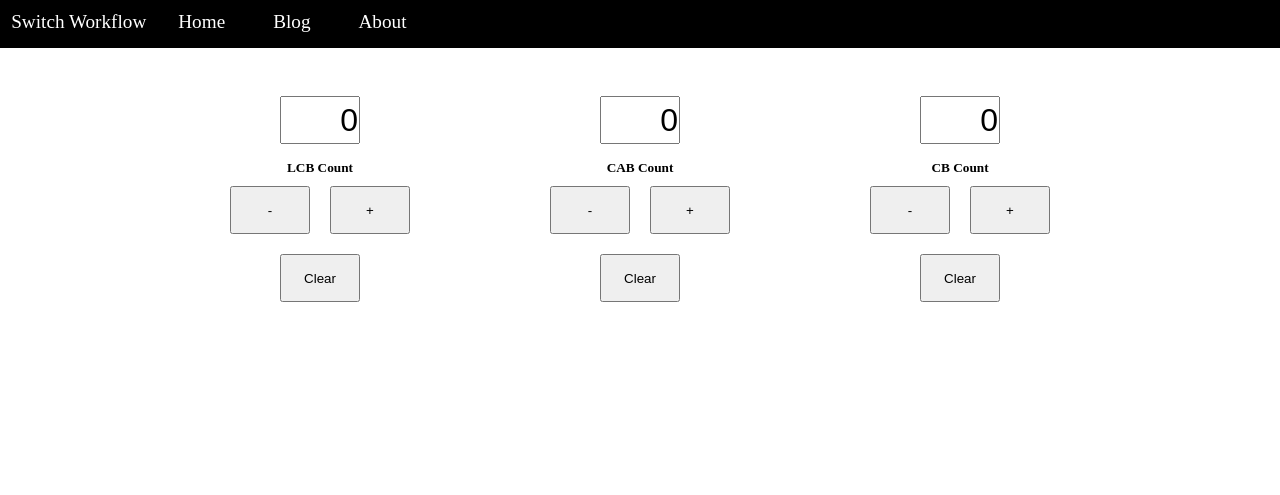
Repository: suraj-yadav7/SwitchWorkflow-Count-reactjs
Page: /
An editor plug-in stored every save of this project. The page is shown before and after the next save, followed by the edit.
The browser window is 1280 px wide. The pictures show the whole page.
The project was rebuilt for these pictures with package versions that can differ from the ones it lists, and the page was loaded fresh each time.

Above is the page before, as saved 2023-04-18 21:44:25.

After the next save:
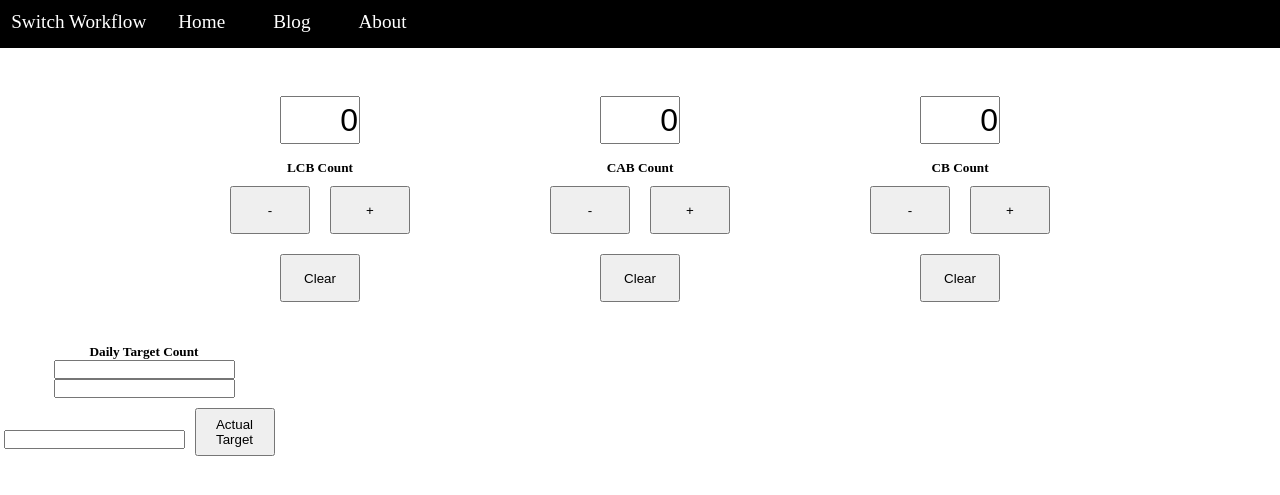
Saved 16 s later.
--- a/src/App.js
+++ b/src/App.js
@@ -1,10 +1,12 @@
 import './App.css';
+import DailyTarget from './Components/DailyTarget';
 import TitleCount from './Components/TitleCount';
 
 function App() {
   return (
     <>
     <TitleCount />
+    <DailyTarget />
     </>
   );
 }
